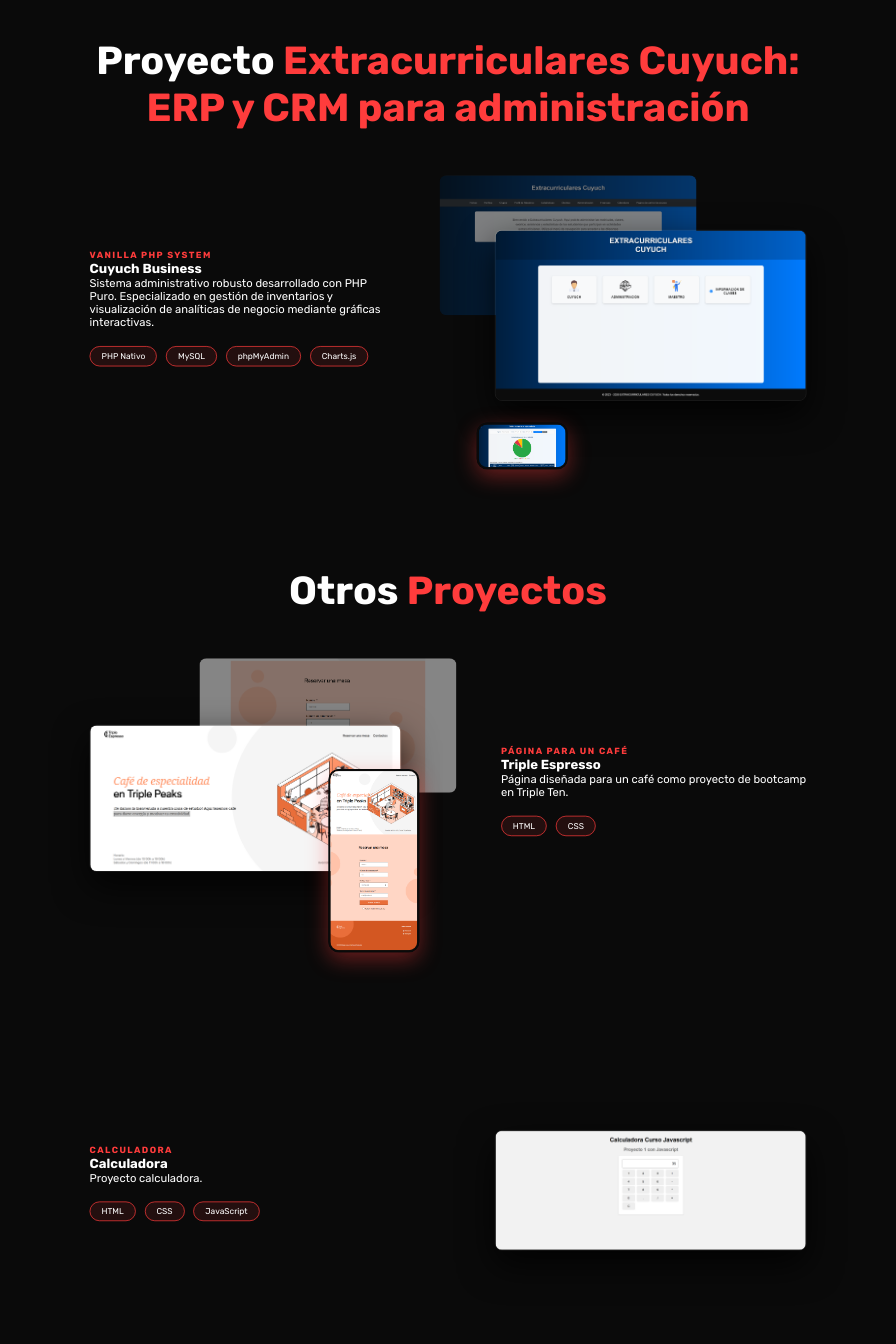
Repository: hercules830/Mi-portfolio-profesional
Page: index.html
An editor plug-in stored every save of this project. The page is shown before and after the next save, followed by the edit.
The browser window is 1280 px wide. The pictures show the part of the page from y = 2128 to 4048 px (the page is 4628 px tall before and 4886 px after), at 70% of full size.
Some web fonts or font styles are not loaded; a fallback is used.

Above is the page before, as saved 2026-05-30 20:55:00.

After the next save:
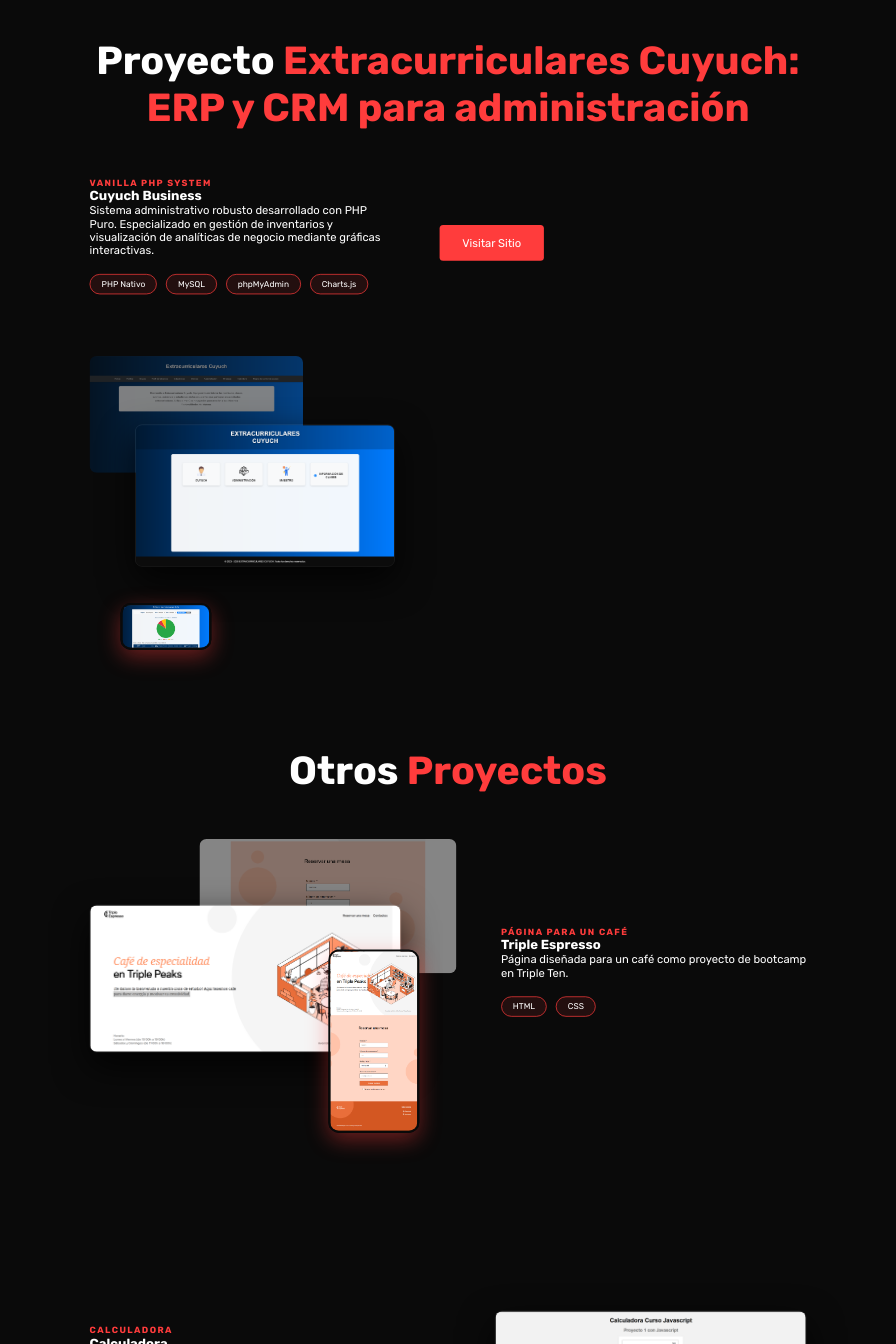
Saved 49 s later.
--- a/index.html
+++ b/index.html
@@ -124,6 +124,14 @@
             ><span>Charts.js</span>
           </div>
         </div>
+        <div class="actions">
+          <a
+            href="https://nexacontrolapp.com"
+            target="_blank"
+            class="btn-primary"
+            >Visitar Sitio</a
+          >
+        </div>
         <div class="featured-img-container">
           <img
             src="assets/img/projects/indexCuyuch.png"

After the save that followed:
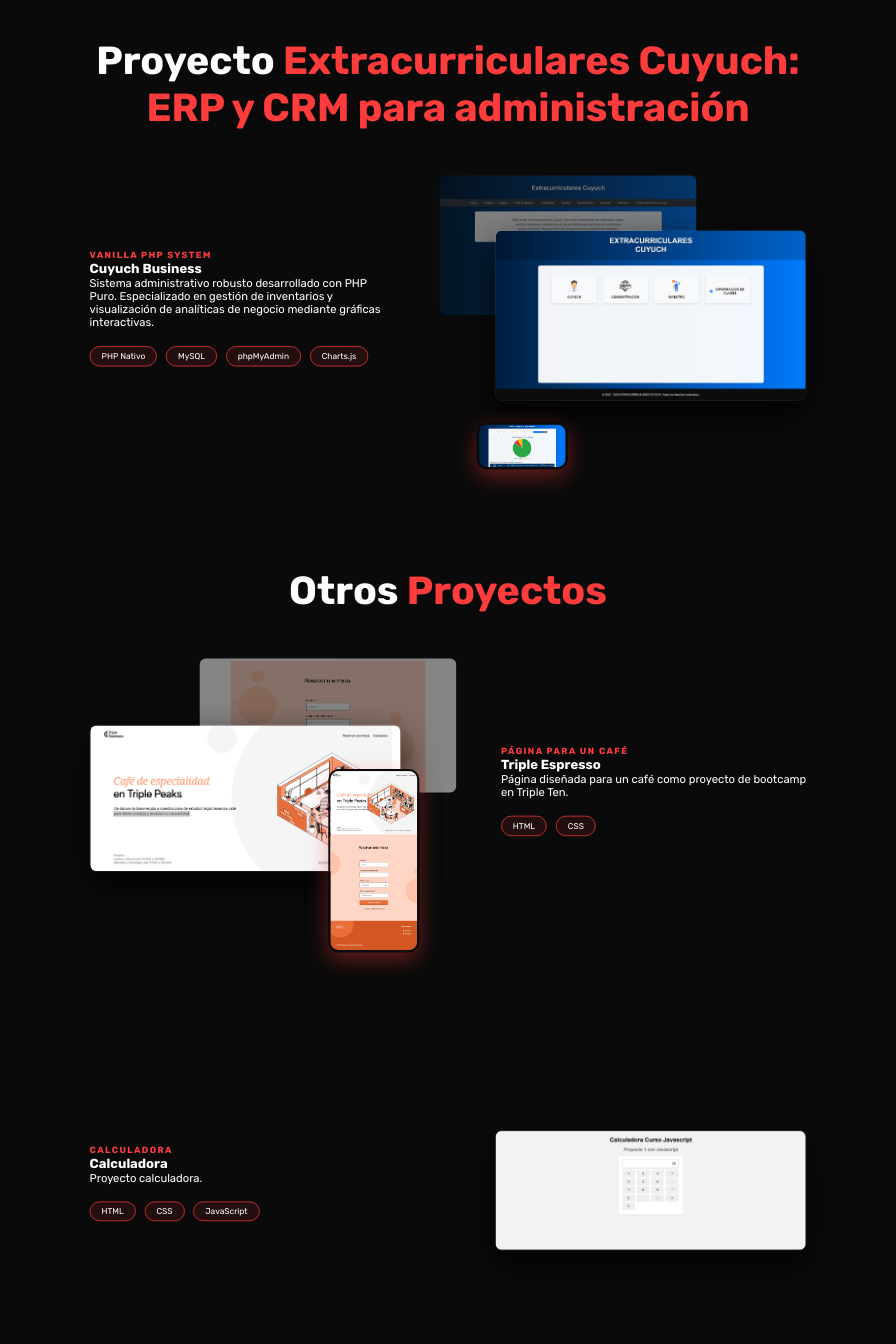
Saved 11 s later.
--- a/index.html
+++ b/index.html
@@ -124,14 +124,7 @@
             ><span>Charts.js</span>
           </div>
         </div>
-        <div class="actions">
-          <a
-            href="https://nexacontrolapp.com"
-            target="_blank"
-            class="btn-primary"
-            >Visitar Sitio</a
-          >
-        </div>
+
         <div class="featured-img-container">
           <img
             src="assets/img/projects/indexCuyuch.png"
